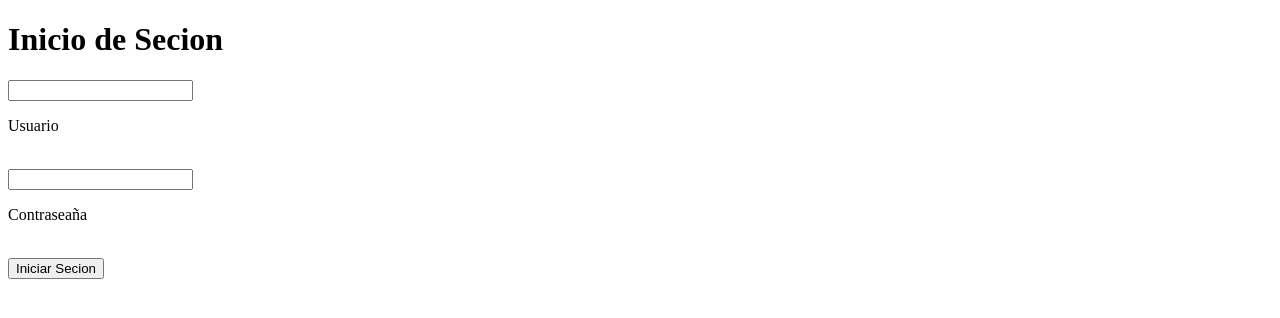
Repository: NighelG/Proyecto-de-verificacion-de-asistencia
Page: ProyectoAsistencia/public/pages/index.html
An editor plug-in stored every save of this project. The page is shown before and after a run of saves, followed by the edit.
The browser window is 1280 px wide. The pictures show the whole page.

Above is the page before, as saved 2025-08-26 15:27:28.

After the next 2 saves:
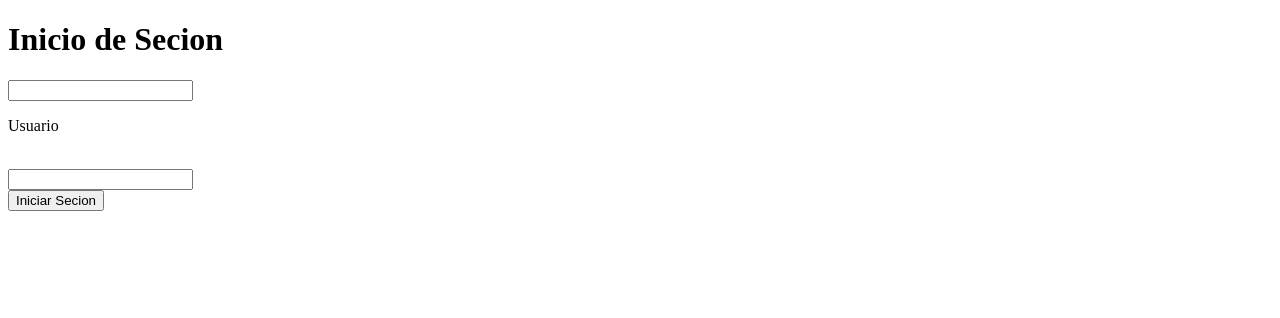
The 2 saves are shown as one change because they came seconds apart.
The last was saved 3 min 10 s later.
--- a/ProyectoAsistencia/public/pages/index.html
+++ b/ProyectoAsistencia/public/pages/index.html
@@ -15,7 +15,6 @@
         <br>
         <label for="password"></label>
         <input id="password" type="password">
-        <p>Contraseaña</p>
         <br>
         <button id="btnLogin">Iniciar Secion</button>
     </div>
